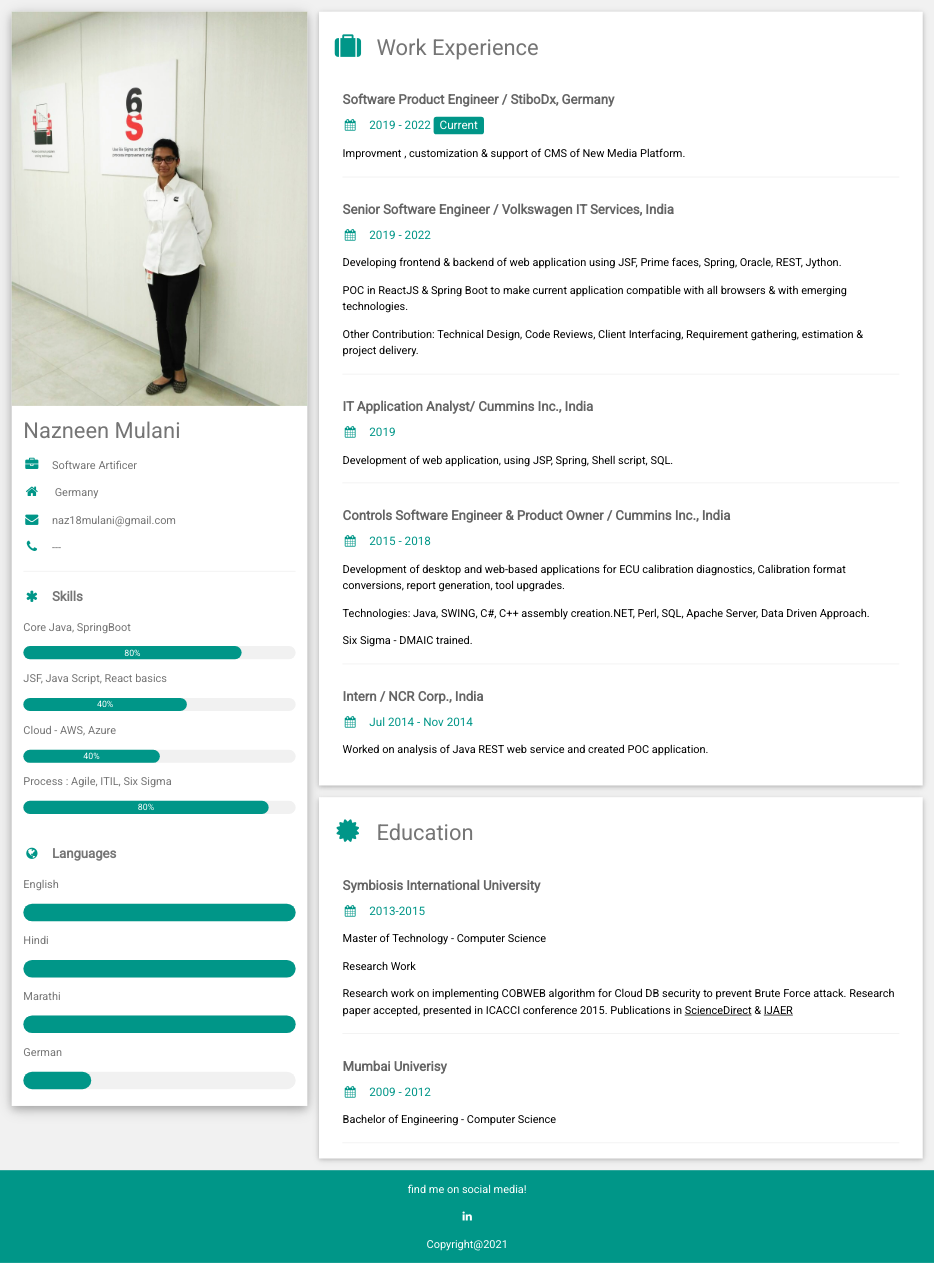
Repository: nazneenprojects/nazneen.github.io
Page: index.html
An editor plug-in stored every save of this project. The page is shown before and after the next save, followed by the edit.
The browser window is 1280 px wide. The pictures show the whole page, at 73% of full size.

Above is the page before, as saved 2023-07-08 23:46:05.

### index.html
<!DOCTYPE html>
<html>
<title>Nazneen Portfolio</title>
<meta charset="UTF-8">
<meta name="viewport" content="width=device-width, initial-scale=1">
<link rel="stylesheet" href="https://www.w3schools.com/w3css/4/w3.css">
<link rel='stylesheet' href='https://fonts.googleapis.com/css?family=Roboto'>
<link rel="stylesheet" href="https://cdnjs.cloudflare.com/ajax/libs/font-awesome/4.7.0/css/font-awesome.min.css">
<style>
html,body,h1,h2,h3,h4,h5,h6 {font-family: "Roboto", sans-serif}
</style>
<body class="w3-light-grey">

<!-- Page Container -->
<div class="w3-content w3-margin-top" style="max-width:1400px;">

  <!-- The Grid -->
  <div class="w3-row-padding">

    <!-- Left Column -->
    <div class="w3-third">

      <div class="w3-white w3-text-grey w3-card-4">
        <div class="w3-display-container">
          <img src="naz.jpg" style="width:100%" alt="Avatar">
          <div class="w3-display-bottomleft w3-container w3-text-black">
          </div>
        </div>
        <div class="w3-container">
          <h2>Nazneen Mulani</h2>
          <p><i class="fa fa-briefcase fa-fw w3-margin-right w3-large w3-text-teal"></i>Software Artificer</p>
          <p><i class="fa fa-home fa-fw w3-margin-right w3-large w3-text-teal"></i> Germany </p>
          <p><i class="fa fa-envelope fa-fw w3-margin-right w3-large w3-text-teal"></i>naz18mulani@gmail.com</p>
          <p><i class="fa fa-phone fa-fw w3-margin-right w3-large w3-text-teal"></i>---</p>
          <hr>

          <p class="w3-large"><b><i class="fa fa-asterisk fa-fw w3-margin-right w3-text-teal"></i>Skills</b></p>
          <p>Core Java, SpringBoot</p>
          <div class="w3-light-grey w3-round-xlarge w3-small">
            <div class="w3-container w3-center w3-round-xlarge w3-teal" style="width:80%">80%</div>
          </div>
          <p>JSF, Java Script, React basics</p>
          <div class="w3-light-grey w3-round-xlarge w3-small">
            <div class="w3-container w3-center w3-round-xlarge w3-teal" style="width:60%">
              <div class="w3-center w3-text-white">40%</div>
            </div>
          </div>
          <p>Cloud - AWS, Azure</p>
          <div class="w3-light-grey w3-round-xlarge w3-small">
            <div class="w3-container w3-center w3-round-xlarge w3-teal" style="width:50%">40%</div>
          </div>
          <p>Process : Agile, ITIL, Six Sigma</p>
          <div class="w3-light-grey w3-round-xlarge w3-small">
            <div class="w3-container w3-center w3-round-xlarge w3-teal" style="width:90%">80%</div>
          </div>
          <br>

          <p class="w3-large w3-text-theme"><b><i class="fa fa-globe fa-fw w3-margin-right w3-text-teal"></i>Languages</b></p>
          <p>English</p>
          <div class="w3-light-grey w3-round-xlarge">
            <div class="w3-round-xlarge w3-teal" style="height:24px;width:100%"></div>
          </div>
          <p>Hindi</p>
          <div class="w3-light-grey w3-round-xlarge">
            <div class="w3-round-xlarge w3-teal" style="height:24px;width:100%"></div>
          </div>
          <p>Marathi</p>
          <div class="w3-light-grey w3-round-xlarge">
            <div class="w3-round-xlarge w3-teal" style="height:24px;width:100%"></div>
          </div>
          <p>German</p>
          <div class="w3-light-grey w3-round-xlarge">
            <div class="w3-round-xlarge w3-teal" style="height:24px;width:25%"></div>
          </div>
          <br>
        </div>
      </div><br>

    <!-- End Left Column -->
    </div>

    <!-- Right Column -->
    <div class="w3-twothird">

      <div class="w3-container w3-card w3-white w3-margin-bottom">
        <h2 class="w3-text-grey w3-padding-16"><i class="fa fa-suitcase fa-fw w3-margin-right w3-xxlarge w3-text-teal"></i>Work Experience</h2>
        <div class="w3-container">
          <h5 class="w3-opacity"><b>Software Product Engineer / StiboDx, Germany</b></h5>
          <h6 class="w3-text-teal"><i class="fa fa-calendar fa-fw w3-margin-right"></i>2019 - 2022 <span class="w3-tag w3-teal w3-round">Current</span></h6>
          <p> Improvment , customization & support of CMS of New Media Platform.</p>
          <hr>
        </div>
        <div class="w3-container">
          <h5 class="w3-opacity"><b>Senior Software Engineer / Volkswagen IT Services, India</b></h5>
          <h6 class="w3-text-teal"><i class="fa fa-calendar fa-fw w3-margin-right"></i>2019 - 2022</h6>
          <p>Developing frontend & backend of web application using JSF, Prime faces, Spring, Oracle, REST, Jython.</p>
          <p>POC in ReactJS & Spring Boot to make current application compatible with all browsers & with emerging technologies.</p>
          <p>Other Contribution: Technical Design, Code Reviews, Client Interfacing, Requirement gathering, estimation & project delivery.</p>
          <hr>
        </div>
        <div class="w3-container">
          <h5 class="w3-opacity"><b>IT Application Analyst/ Cummins Inc., India</b></h5>
          <h6 class="w3-text-teal"><i class="fa fa-calendar fa-fw w3-margin-right"></i>2019 </h6>
          <p>Development of web application, using JSP, Spring, Shell script, SQL.</p>
          <hr>
        </div>
        <div class="w3-container">
          <h5 class="w3-opacity"><b>Controls Software Engineer & Product Owner / Cummins Inc., India</b></h5>
          <h6 class="w3-text-teal"><i class="fa fa-calendar fa-fw w3-margin-right"></i>2015 - 2018</h6>
          <p>Development of desktop and web-based applications for ECU calibration diagnostics, Calibration format conversions, report generation, tool upgrades.</p>
          <p>Technologies: Java, SWING, C#, C++ assembly creation.NET, Perl, SQL, Apache Server, Data Driven Approach.</p>
          <p>Six Sigma - DMAIC trained.</p>
          <hr>
        </div>
        <div class="w3-container">
          <h5 class="w3-opacity"><b>Intern / NCR Corp., India</b></h5>
          <h6 class="w3-text-teal"><i class="fa fa-calendar fa-fw w3-margin-right"></i>Jul 2014 - Nov 2014</h6>
          <p>Worked on analysis of Java REST web service and created POC application. </p><br>
        </div>
      </div>

      <div class="w3-container w3-card w3-white">
        <h2 class="w3-text-grey w3-padding-16"><i class="fa fa-certificate fa-fw w3-margin-right w3-xxlarge w3-text-teal"></i>Education</h2>
        <div class="w3-container">
          <h5 class="w3-opacity"><b> Symbiosis International University</b></h5>
          <h6 class="w3-text-teal"><i class="fa fa-calendar fa-fw w3-margin-right"></i>2013-2015</h6>
          <p>Master of Technology - Computer Science</p>
          <p>Research Work</p>
          <p>
            Research work on implementing COBWEB algorithm for Cloud DB security to prevent Brute Force attack. Research paper accepted, presented in ICACCI conference 2015. Publications in

            <a href="https://www.sciencedirect.com/science/article/pii/S1877050915005359">ScienceDirect</a> &
            <a href="https://www.ripublication.com/Volume/ijaerv10n12.htm">IJAER</a>
          </p>
          <hr>
        </div>
        <div class="w3-container">
          <h5 class="w3-opacity"><b>Mumbai Univerisy</b></h5>
          <h6 class="w3-text-teal"><i class="fa fa-calendar fa-fw w3-margin-right"></i>2009 - 2012</h6>
          <p>Bachelor of Engineering - Computer Science</p>
          <hr>
        </div>
      </div>

    <!-- End Right Column -->
    </div>

  <!-- End Grid -->
  </div>

  <!-- End Page Container -->
</div>

<footer class="w3-container w3-teal w3-center w3-margin-top">

  <p>find me on social media!</p>
  <a href="https://www.linkedin.com/in/nazneen-mulani-05004012a/"> <i class="fa fa-linkedin w3-hover-opacity"></i></a>
  <p>Copyright@2021</p>
 <!--
  <i class="fa fa-facebook-official w3-hover-opacity"></i>
  <i class="fa fa-instagram w3-hover-opacity"></i>
  <i class="fa fa-snapchat w3-hover-opacity"></i>
  <i class="fa fa-pinterest-p w3-hover-opacity"></i>
  <i class="fa fa-twitter w3-hover-opacity"></i>
  <p>Powered by <a href="https://www.w3schools.com/w3css/default.asp" target="_blank">w3.css</a></p>
 -->
</footer>

</body>
</html>

After the next save:
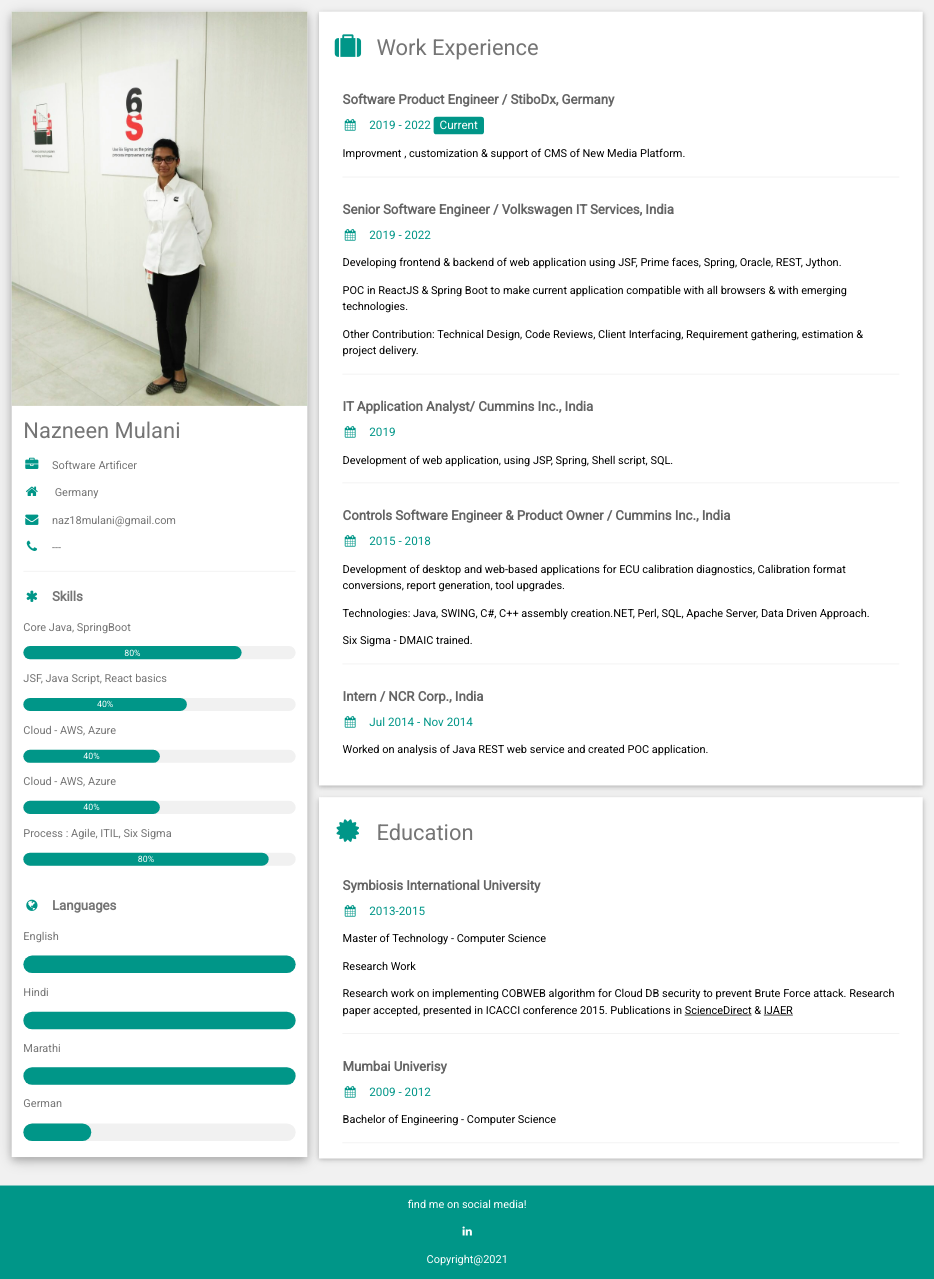
Saved 16 s later.
--- a/index.html
+++ b/index.html
@@ -44,6 +44,10 @@
             <div class="w3-container w3-center w3-round-xlarge w3-teal" style="width:60%">
               <div class="w3-center w3-text-white">40%</div>
             </div>
+          </div>
+          <p>Cloud - AWS, Azure</p>
+          <div class="w3-light-grey w3-round-xlarge w3-small">
+            <div class="w3-container w3-center w3-round-xlarge w3-teal" style="width:50%">40%</div>
           </div>
           <p>Cloud - AWS, Azure</p>
           <div class="w3-light-grey w3-round-xlarge w3-small">
